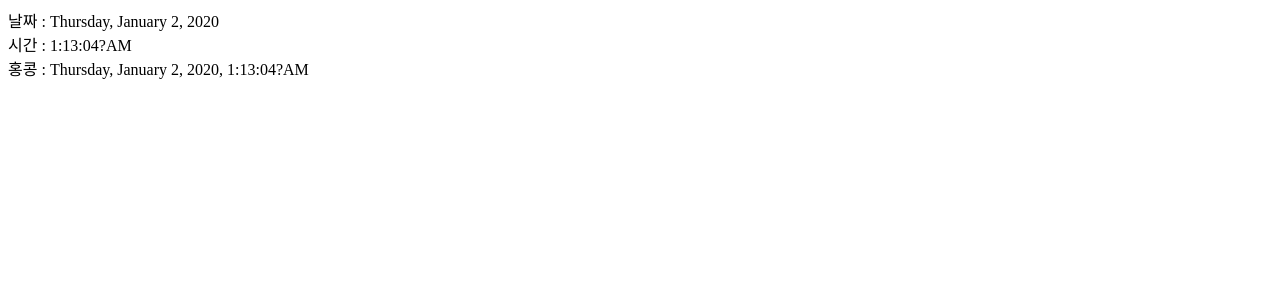
Repository: zboizz/JAVA_practice
Page: http://localhost/myapp/jstl/fmtTags5.jsp
These files come from the project's save history. The page is drawn as it stood at one moment and after the next save; the edit follows.
The browser window is 1280 px wide. The pictures show the whole page.
The page is served by Tomcat 9. Nobody is signed in. The application's start-up code is not run.

Above is the page before, as saved 2020-01-03 01:14:08.

### myapp/WebContent/jstl/fmtTags5.jsp
<!-- fmtTags4.jsp  -->
<%@page import="java.util.Date"%>
<%@ page contentType="text/html; charset=EUC-KR"%>
<%@taglib prefix="fmt" uri="http://java.sun.com/jsp/jstl/fmt" %>
<%@taglib prefix="c" uri="http://java.sun.com/jsp/jstl/core" %>
<c:set var="dayTime" value="<%=new Date()%>"/>

날짜 : <fmt:formatDate value="${dayTime}" type="date" dateStyle="full"/><br/>
시간 : <fmt:formatDate value="${dayTime}" type="time"/><br/>

<fmt:timeZone value="Asia/Hong_kong">
홍콩 : <fmt:formatDate value="${dayTime}" type="both" dateStyle="full"/><br/>
</fmt:timeZone>

After the next save:
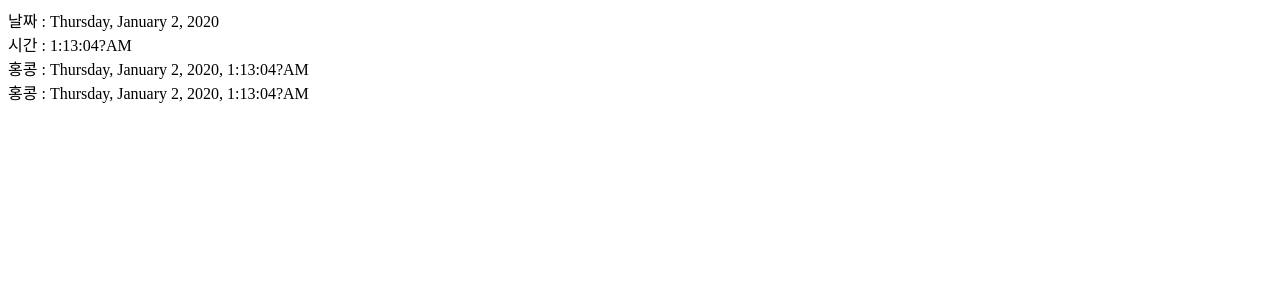
Saved 38 s later.
--- a/myapp/WebContent/jstl/fmtTags5.jsp
+++ b/myapp/WebContent/jstl/fmtTags5.jsp
@@ -11,3 +11,7 @@
 <fmt:timeZone value="Asia/Hong_kong">
 홍콩 : <fmt:formatDate value="${dayTime}" type="both" dateStyle="full"/><br/>
 </fmt:timeZone>
+
+<fmt:timeZone value="Europe/london">
+홍콩 : <fmt:formatDate value="${dayTime}" type="both" dateStyle="full"/><br/>
+</fmt:timeZone>

After the save that followed:
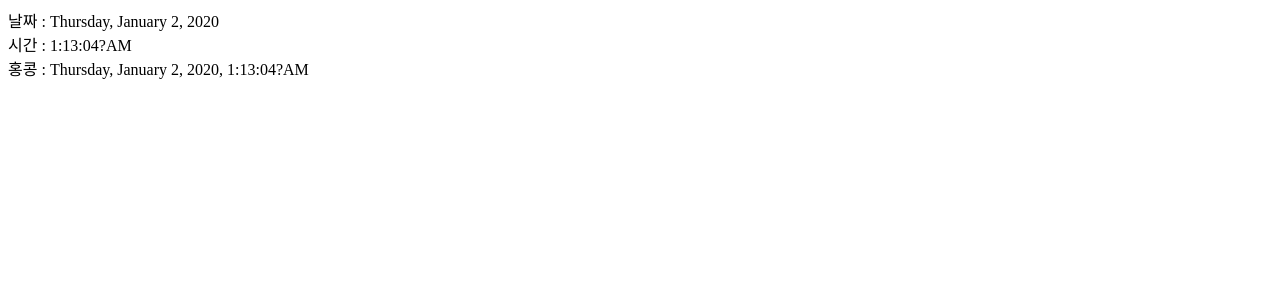
Saved 19 s later.
--- a/myapp/WebContent/jstl/fmtTags5.jsp
+++ b/myapp/WebContent/jstl/fmtTags5.jsp
@@ -11,7 +11,3 @@
 <fmt:timeZone value="Asia/Hong_kong">
 홍콩 : <fmt:formatDate value="${dayTime}" type="both" dateStyle="full"/><br/>
 </fmt:timeZone>
-
-<fmt:timeZone value="Europe/london">
-홍콩 : <fmt:formatDate value="${dayTime}" type="both" dateStyle="full"/><br/>
-</fmt:timeZone>
